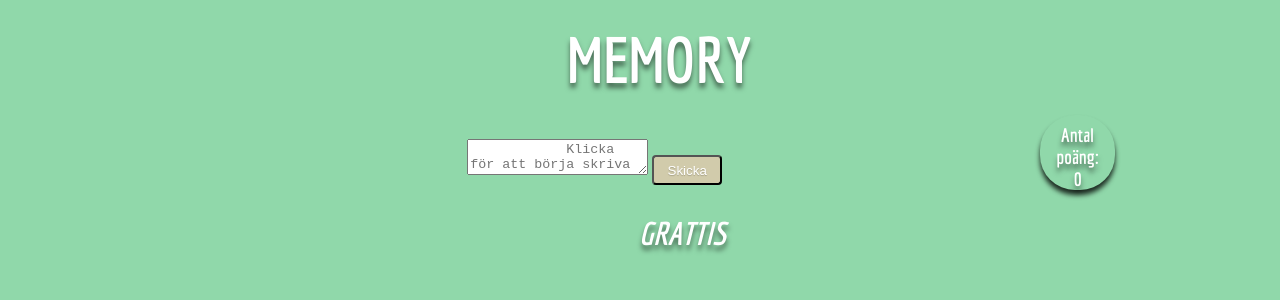
Repository: RebeccaFransson/1dv403-laborationer
Page: 3-gameon/memory/index.html
The author's editor kept a record of every edit. The page is drawn from the files as they stood at one moment, then again after the next edit.
The browser window is 1280 px wide. The pictures show the whole page.

Above is the page before.

### 3-gameon/memory/index.html
<!DOCTYPE html>
<html lang="sv">
<head>
	<meta charset="UTF-8" />
	<link rel="stylesheet" href="style.css" />
    <link href='https://fonts.googleapis.com/css?family=Economica:700' rel='stylesheet' type='text/css'>
    <title>JavaScript - Memory</title>
</head>
    <body id="content">
        <header><h1>MEMORY</h1></header>
        <form>
     		<textarea placeholder="            Klicka för att börja skriva ditt meddelande" type="text" id="textvalue" ></textarea>
     		<input type="submit" value="Skicka" id="send"/>
     		<p id="value"></p>
        </form>
        <div id="cards">

        </div>
        <div id="points">
            <p>Antal poäng:<br>0</p>
        </div>
        <div id="done">GRATTIS</div>


 		<script src="script/random.js"></script>
 		<script src="script/Memory.js"></script>
    </body>
</html>

### 3-gameon/memory/style.css

#content{
    width: 27%;
    height: 550px;
    margin:auto;
    border: 2px solid #90d8aa;
    background-color:#90d8aa;
}
h1{
    font-family: 'Economica', sans-serif;
    margin-top: 20px;
    margin-left: 100px;
    font-size:4em;
    color:white;
    text-shadow: 0 5px 5px rgba(0, 0, 0, 0.5);
}

#cards img{
    width:100px;
    height:100px;
    margin:auto;
}

table, th, td{
    border: 2px solid white;
    background-color:#d1cbab;
}
td{
    padding:0;
}
table{
    margin:auto;
    box-shadow: 0 5px 5px rgba(0, 0, 0, 0.5);

}

#points{
    position:absolute;
    bottom:530px;
    left:1040px;
    width: 75px;
    height: 75px;
    background-color:#90d8aa;
    -moz-border-radius: 35px;
    border-radius: 35px;
    box-shadow: 0 5px 5px rgba(0, 0, 0, 0.8);
    font-size:1.2em;
    text-align: center;
    color:white;


}
#points p{
    position:relative;
    bottom:10px;
    font-family: 'Economica', sans-serif;
    text-shadow: 0 5px 5px rgba(0, 0, 0, 0.5);
}
#done{
    padding-top:10px;
    font-family: 'Economica', sans-serif;
    text-shadow: 0 5px 5px rgba(0, 0, 0, 0.5);
    width: 370px;
    background-color: #90d8aa;
    font-style:oblique;
    text-align:center;
    margin: 20px;
    font-size:2em;
    color:white;
    padding:10px;
}
#send {
    background: #d1cbab;
    color: white;
    border-radius: 4px;
    text-shadow: 0 1px 1px rgba(0, 0, 0, 0.2);
    height:30px;
    width:70px;
}
input{
    background-color: rgba(255, 255, 255, 0.5)
}
/*position:relative;
    bottom:100px;
    right:22px;

### 3-gameon/memory/script/Memory.js
'use strict';
//https://www.youtube.com/watch?v=c_ohDPWmsM0 - inte till någon hjälp...
var Memory = {

    imgRandom: [],
    times: 0,
    pic1: "",
    pic2: "",
    klickedNode: [],
    target1: "",
    target2: "",
    link1:"",
    link2: "",
    score: 0,
    count: 0,
    timeout: undefined,
    picValue: 0,

    go: function(){

        var submit = document.getElementById("send");//knappen
        console.log(submit);
        submit.addEventListener("click", function(a){
            a.preventDefault();
            var row = document.querySelector("#nr1").value;
            var col = document.querySelector("#nr2").value;

            Memory.imgRandom.push(RandomGenerator.getPictureArray(row, col));
            Memory.tableCreate(row, col);
        });

        console.log('slumpade nummer '+Memory.imgRandom);
    },

    tableCreate: function(c, r){

        var cards = document.querySelector('#cards');

        var tbl     = document.createElement('table');
        var tblBody = document.createElement('tbody');

        for (var j = 0; j < c; j++) {
            var row = document.createElement('tr');

            for (var i = 0; i < r; i++) {
                var cell = document.createElement('td');
                var a = document.createElement('a');
                var img = document.createElement('img');
                var count = ((j * r) + i);

                img.setAttribute('src', 'pics/0.jpg');
                img.setAttribute('a', ''+Memory.imgRandom[0][count]+'');
                a.setAttribute('href', '#');
                a.setAttribute('a', ''+Memory.imgRandom[0][count]+'');

                cell.appendChild(a);
                a.appendChild(img);
                row.appendChild(cell)

                a.addEventListener('click', Memory.flip(r, c));
            }
            tblBody.appendChild(row);

        }
        tbl.appendChild(tblBody);
        cards.appendChild(tbl);


       document.querySelector('form').setAttribute('class', 'hidden');
    },

    flip: function(e){

        var link = this;
        Memory.klickedNode.push(link.getAttribute('a')); // sparar bilden vi klickade på
        var alink = this.firstChild; //bilden
        Memory.picValue = link.getAttribute('a');//variabel som håller koll på bildens värde
        var src = "pics/"+Memory.picValue+".jpg";

        if(Memory.times < 2){//om vi öppnat mindre än två brickor
        Memory.count++;

            if(Memory.times < 1){ //om vi bara öppnat en bricka
                Memory.times++;
                alink.setAttribute('src', src);//Ger frågetecknet en  bild
                Memory.pic1 = Memory.picValue;// pic1 tilldelas den värdet för den första bilden
                Memory.target1 = alink;//sparar den klickade bilden
                Memory.link1 = link;//sparar den klickade a-taggen

                this.removeEventListener('click', Memory.flip);

            }else{
                Memory.times++;
                alink.setAttribute('src', src);
                Memory.pic2 = Memory.picValue;// andra bilden
                Memory.target2 = alink; //sparar den klickade bilden
                Memory.link2 = link;//sparar den klickade a-taggen
                this.removeEventListener('click', Memory.flip);

                }if(Memory.times === 2 && Memory.pic1 === Memory.pic2 && Memory.target1 != Memory.target2){//lika
                    Memory.score++;
                    Memory.times = 0;
                }else if(Memory.times === 2){//ej lika vända igen
                    setTimeout(Memory.timer, 1000);
                }
            }
            if(Memory.times > 2){
                    setTimeout(Memory.timer, 1000);
                }
        Memory.write(r, c);
    },

    timer: function(){
        if(Memory.pic1 != Memory.pic2){//om de ej är lika vänd tillbaka dem båda
                Memory.target1.setAttribute('src', 'pics/0.jpg');//bilderna återställs efter en sek
                Memory.target2.setAttribute('src', 'pics/0.jpg');
                Memory.times = 0;
                Memory.link1.addEventListener('click', Memory.flip);
                Memory.link2.addEventListener('click', Memory.flip);
            //}
        }else if(Memory.target1 === Memory.target2){//lika vänta 1 sec fortsätt spelet
        console.log("Väldigt lika, ny timer");
            setTimeout(1000);
            Memory.times = 0;
        }else{
            Memory.target1.setAttribute('src', 'pics/0.jpg');//bilderna återställs efter en sek
            Memory.target2.setAttribute('src', 'pics/0.jpg');
            Memory.times = 0;
            Memory.target1.addEventListener('click', Memory.flip);
            Memory.target2.addEventListener('click', Memory.flip);
        }

    },
     write: function(row, col){
         console.log('row och col är '+(row*col)+'  score är '+Memory.score);
         var points = document.getElementById('points');
         var p = points.querySelector('p');
         p.innerHTML = "Antal poäng:<br>"+Memory.score;
         if(Memory.score === row*col){

             var done = document.querySelector('#done');
             done.innerHTML = "Grattis! Du har vunnit, och klarade det på "+(Memory.count/2)+" försök!";
         }

     },
};
window.onload = Memory.go;

Loaded but not shown: 3-gameon/memory/script/random.js (no copy from this time; the picture is the same without it)

After the next edit:
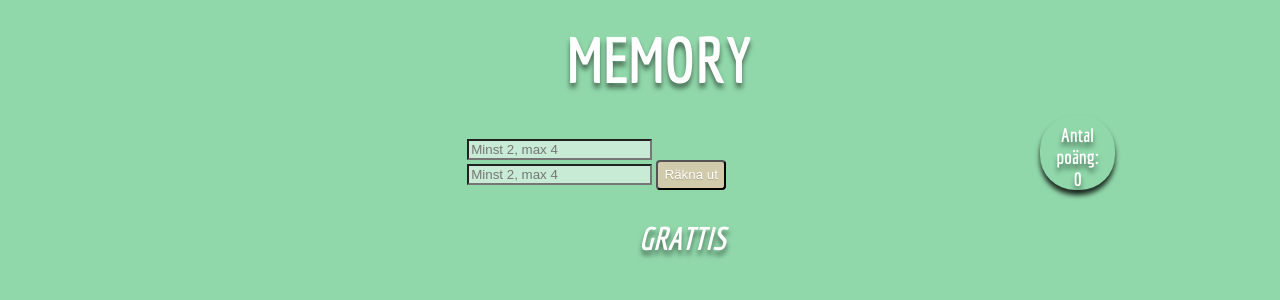
The edit:
--- a/3-gameon/memory/index.html
+++ b/3-gameon/memory/index.html
@@ -9,8 +9,9 @@
     <body id="content">
         <header><h1>MEMORY</h1></header>
         <form>
-     		<textarea placeholder="            Klicka för att börja skriva ditt meddelande" type="text" id="textvalue" ></textarea>
-     		<input type="submit" value="Skicka" id="send"/>
+     		<input id="nr1" placeholder="Minst 2, max 4" type="text" id="textvalue" ></input>
+     		<input id="nr2" placeholder="Minst 2, max 4" type="text" id="textvalue" ></input>
+     		<input type="submit" value="Räkna ut" id="send"/>
      		<p id="value"></p>
         </form>
         <div id="cards">
